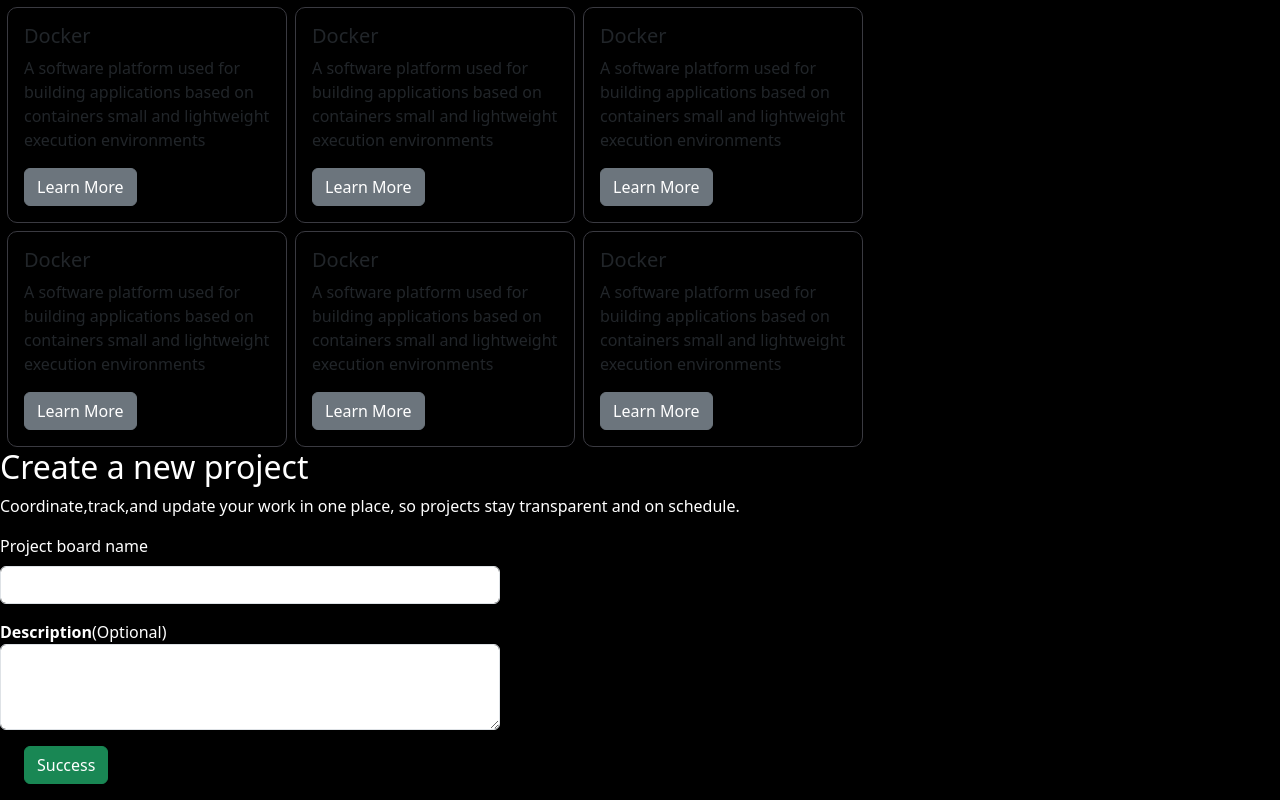
Repository: NSS-Evening-25-Cohort/e25-gitsub-control-alt-defeat
Page: index.html
An editor plug-in stored every save of this project. The page is shown before and after the next save, followed by the edit.
The browser window is 1280 px wide. The pictures show the whole page.

Above is the page before, as saved 2023-11-07 19:21:20.

After the next save:
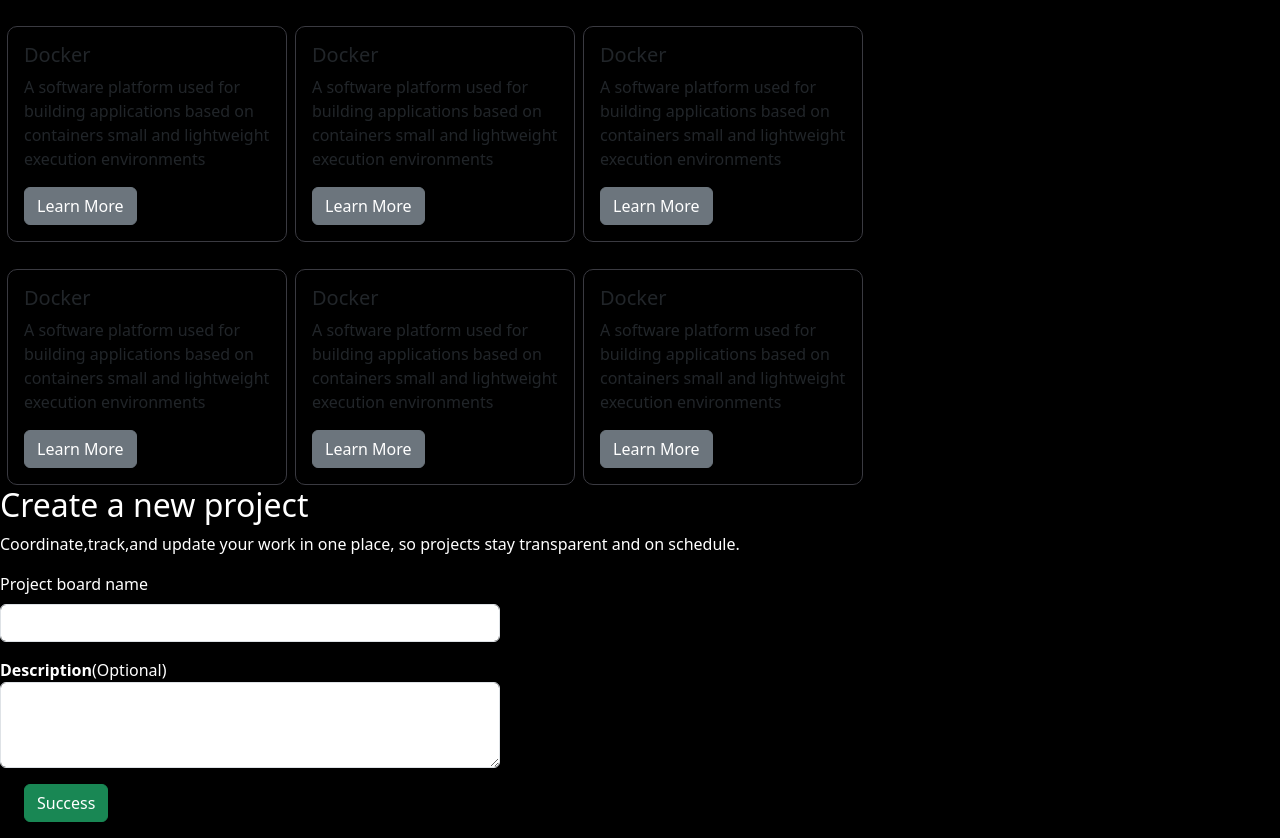
Saved 13 s later.
--- a/main.css
+++ b/main.css
@@ -26,5 +26,5 @@
 .card{
   background-color:black;
   padding-left: 6px;
-  padding-top: 6px;
+  padding-top: 25px;
 }
